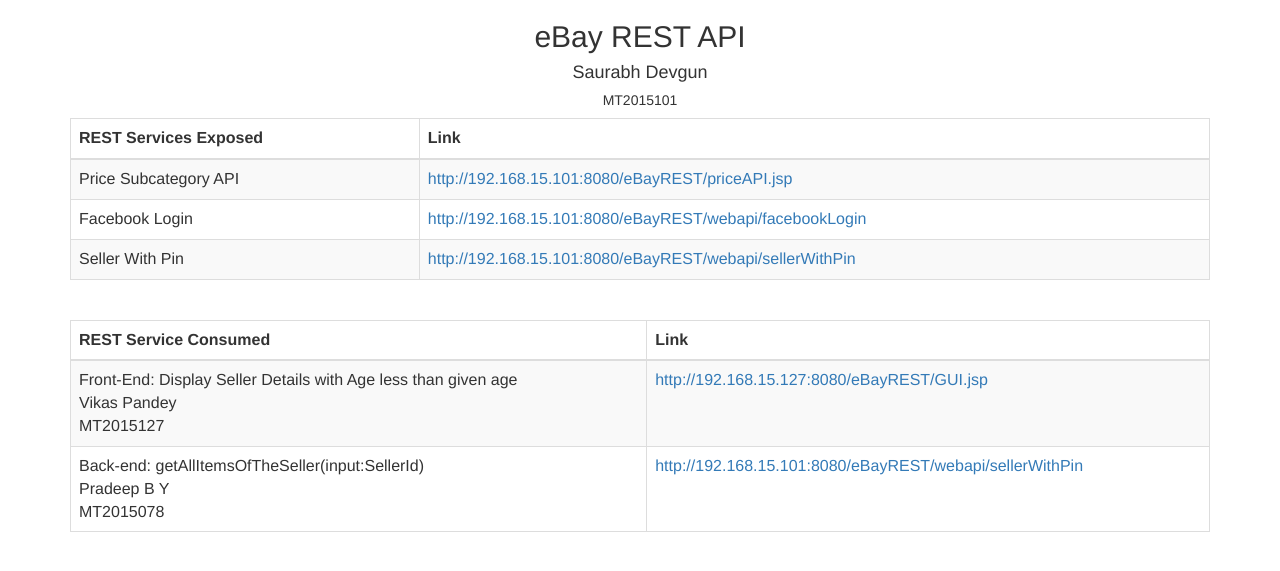
Repository: saurabh-devgun-iiitb/RESTProject
Page: http://localhost/eBayREST/
The author's editor kept a copy of each file at every save. The page is drawn from the files as they stood at one save, then again after the next save.
The browser window is 1280 px wide. The pictures show the whole page.
The page is served by Tomcat 9.

Above is the page before, as saved 2016-07-23 05:24:49.

After the next save:
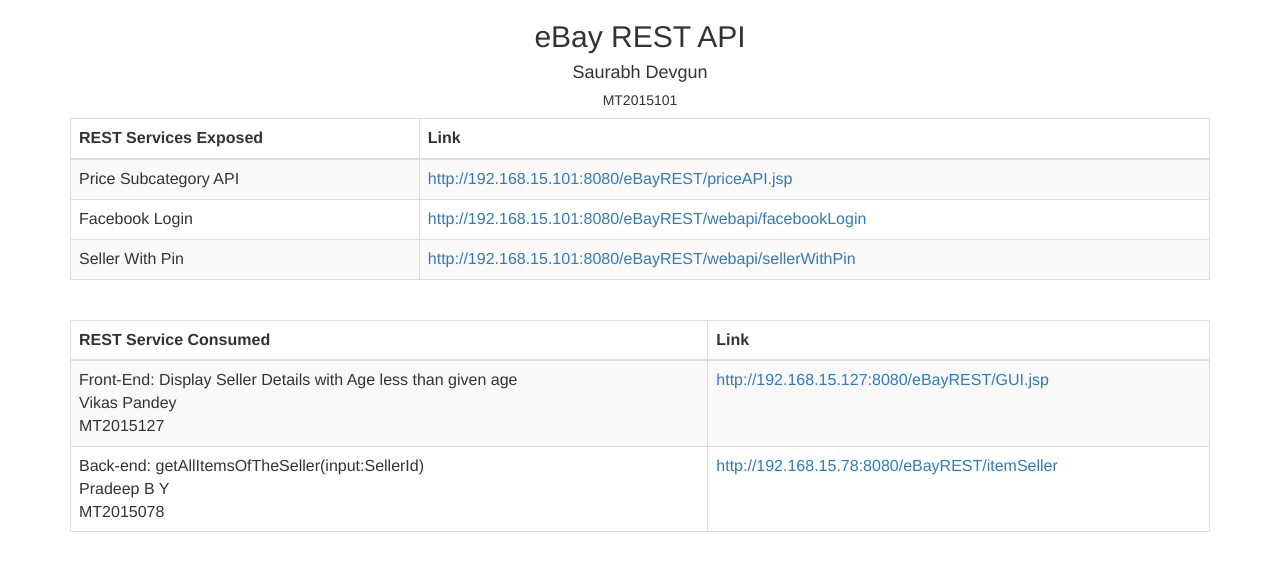
Saved 3 min 29 s later.
--- a/eBayREST/WebContent/index.jsp
+++ b/eBayREST/WebContent/index.jsp
@@ -51,7 +51,7 @@
         </tr>
         <tr>
           <td>Back-end: getAllItemsOfTheSeller(input:SellerId)<br>Pradeep B Y<br>MT2015078</td>
-          <td><a href="http://192.168.15.78:8080/eBayREST/itemSeller">http://192.168.15.101:8080/eBayREST/webapi/sellerWithPin</a></td>
+          <td><a href="http://192.168.15.78:8080/eBayREST/itemSeller">http://192.168.15.78:8080/eBayREST/itemSeller</a></td>
         </tr>
       </tbody>
     </table>
